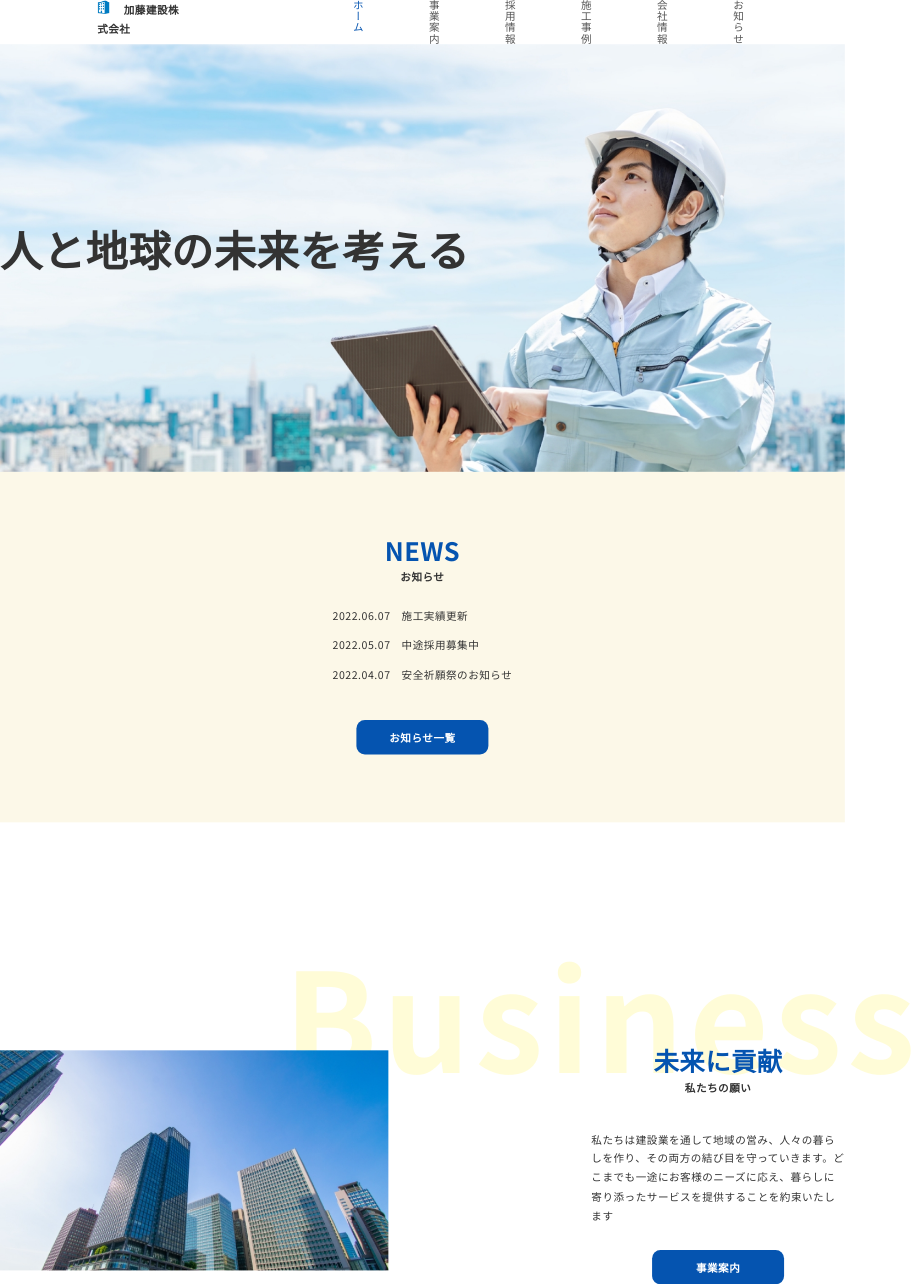
Repository: nozomi-23/hp1_test
Page: index.html
These files come from the project's save history. The page is drawn as it stood at one moment and after the next save; the edit follows.
The browser window is 1280 px wide. The page is 1395 px wide, so the pictures cover 1395 px, including what lies to the right of the window. The pictures show the whole page, at 66% of full size.

Above is the page before, as saved 2022-06-12 15:10:27.

After the next save:
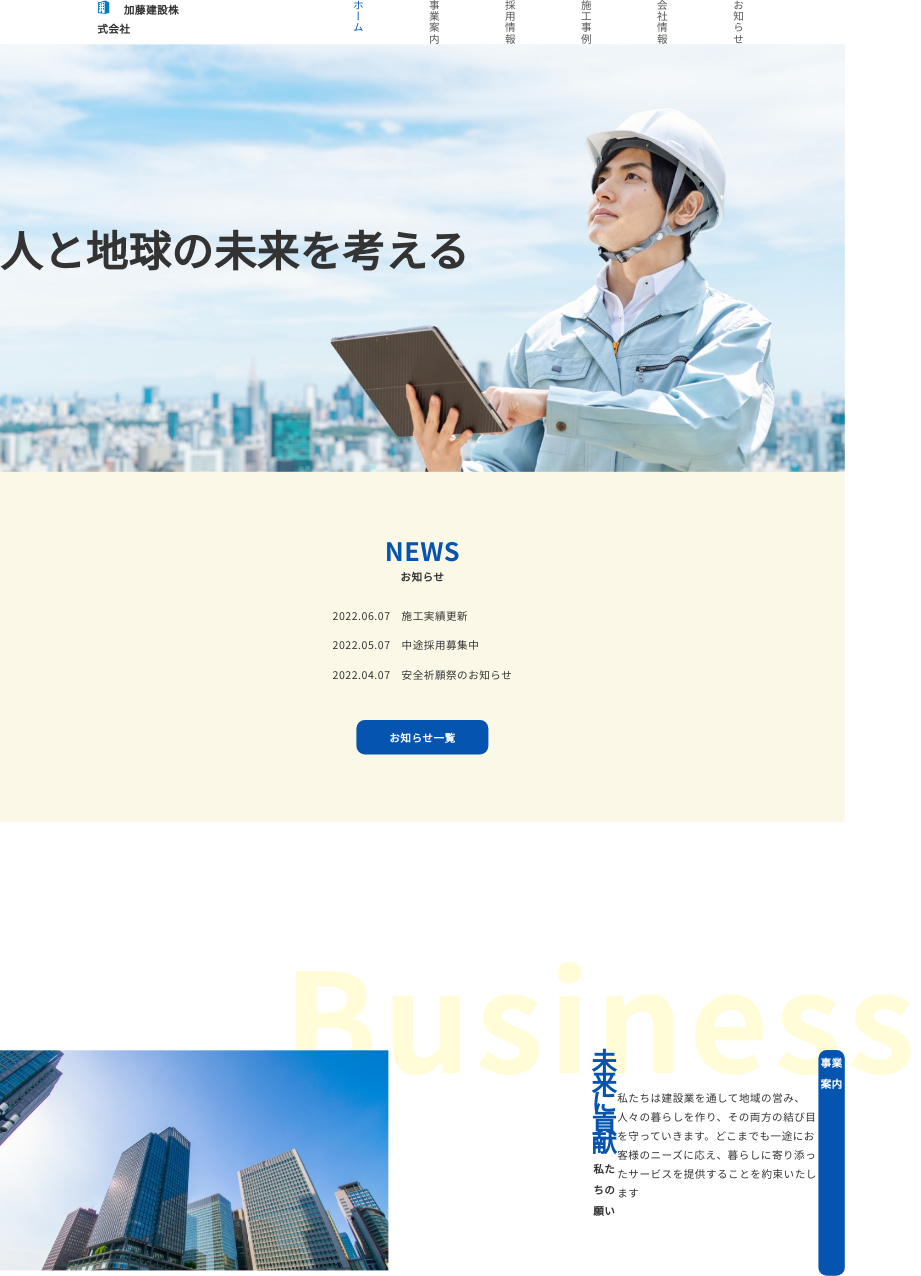
Saved 4 s later.
--- a/css/index.css
+++ b/css/index.css
@@ -101,7 +101,7 @@ business
 }
 .business_block_2 {
   width: 30%;
-d
+display: flex;
 }
 
 .business_block_2 p {
